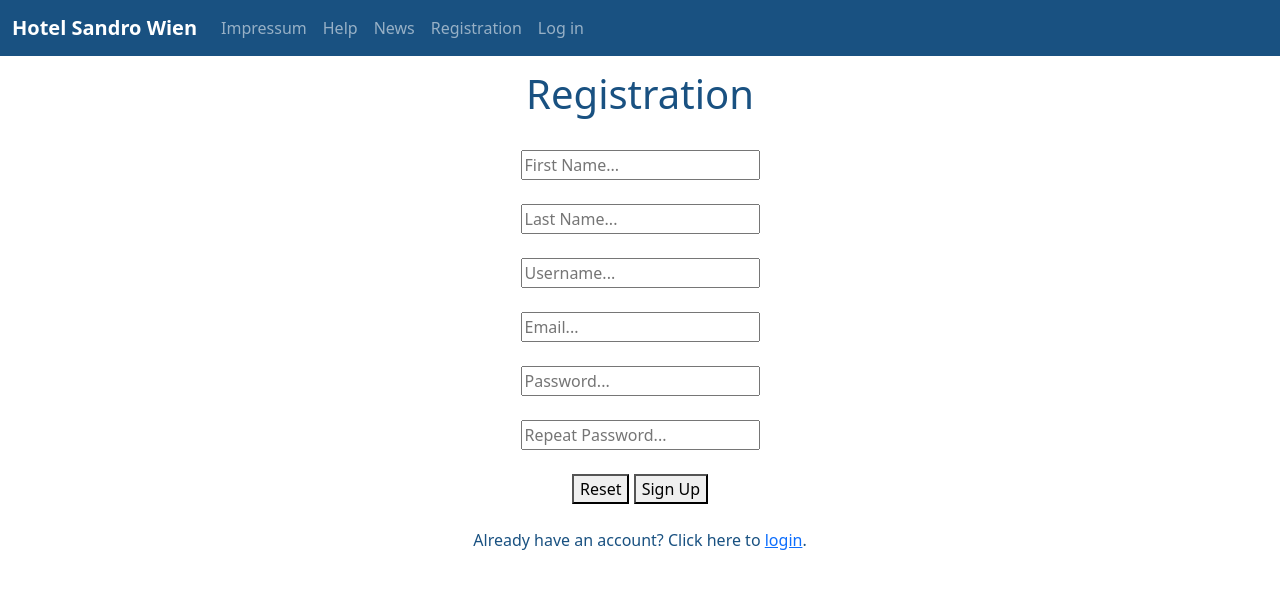
Repository: TIS0N/Hotel_Sandro
Page: http://localhost/pages/registration.php
An editor plug-in stored every save of this project. The page is shown before and after the next save, followed by the edit.
The browser window is 1280 px wide. The pictures show the whole page.
The page is run by PHP 8.4 with error messages shown; the project is at /var/www/html/.

Above is the page before, as saved 2023-01-15 21:47:58.

### pages/registration.php
<!DOCTYPE html>
<html lang="en">
<head>
    <meta charset="UTF-8">
    <meta http-equiv="X-UA-Compatible" content="IE=edge">
    <meta name="viewport" content="width=device-width, initial-scale=1.0">
    <link href="https://cdn.jsdelivr.net/npm/bootstrap@5.2.2/dist/css/bootstrap.min.css" rel="stylesheet" integrity="sha384-Zenh87qX5JnK2Jl0vWa8Ck2rdkQ2Bzep5IDxbcnCeuOxjzrPF/et3URy9Bv1WTRi" crossorigin="anonymous">
    <script src="https://cdn.jsdelivr.net/npm/bootstrap@5.2.2/dist/js/bootstrap.bundle.min.js" integrity="sha384-OERcA2EqjJCMA+/3y+gxIOqMEjwtxJY7qPCqsdltbNJuaOe923+mo//f6V8Qbsw3" crossorigin="anonymous"></script>
    <link rel="stylesheet" href="../res/css/stylesheet.css"/>
    <title>Hotel Sandro Wien - Sign In</title>
</head>
<body id="body">

<?php
include "../inc/navigation.php";
?>

    <h1>Registration</h1><br>

    <?php
/*
        if($_SERVER["REQUEST_METHOD"] == "POST"){
            if (empty($_POST["fname"]) || empty($_POST["lname"]) || empty($_POST["username"]) || empty($_POST["email"]) || empty($_POST["gender"]) || empty($_POST["password"]))
            echo "Please fill in all the requiered fields!";
        }else{
            $fname = test_input($_POST["fname"]);
            if (!preg_match("/^[a-zA-Z-' ]*$/",$fname)) {
                $fnameErr = "Only letters and white space allowed";
            }

            $lname = test_input($_POST["lname"]);
            if (!preg_match("/^[a-zA-Z-' ]*$/",$lname)) {
                $lnameErr = "Only letters and white space allowed";
            }

            $username = test_input($_POST["username"]);

            $email = test_input($_POST["email"]);
            if (!filter_var($email, FILTER_VALIDATE_EMAIL)) {
                $emailErr = "Invalid email format";
                echo "Registration unsucessful.";
            }else{
                echo "Registration sucessful!";
                header("refresh: 1; URL = profile.php");
            }

            $gender = test_input($_POST["gender"]);

        }
___________________________________________________________________________________

        if ($_SERVER["REQUEST_METHOD"] == "POST"){
            if(empty($_POST["fname"])){
                $fnameErr = "First name is required";
            }else{
                $fname = test_input($_POST["fname"]);
                if (!preg_match("/^[a-zA-Z-' ]*$/",$fname)) {
                    $fnameErr = "Only letters and white space allowed";
                }
            }

            if(empty($_POST["lname"])){
                $lnameErr = "Last name is required";
            }else{
                $lname = test_input($_POST["lname"]);
                if (!preg_match("/^[a-zA-Z-' ]*$/",$lname)) {
                    $lnameErr = "Only letters and white space allowed";
                  }
            }

            if(empty($_POST["username"])){
                $usernameErr = "Username is required";
            }else{
                $username = test_input($_POST["username"]);
            }

            if(empty($_POST["email"])){
                $emailErr = "Email is required";
                echo "Registration unsucessful.";
            }else{
                $email = test_input($_POST["email"]);
                if (!filter_var($email, FILTER_VALIDATE_EMAIL)) {
                    $emailErr = "Invalid email format";
                    echo "Registration unsucessful.";
                }else{
                    echo "Registration sucessful!";
                    /*header("refresh: 1; URL = ../inc/profile.php");
                }
            }
            if(empty($_POST["gender"])){
                $genderErr = "Gender is required";
            }else{
                $gender = test_input($_POST["gender"]);
            }

            if(empty($_POST["password"]) || empty($_POST["password2"])){
                $passwordErr = "Both passwords are required!";
            }
        }

        function test_input($data){
            $data = trim($data);
            $data = stripslashes($data);
            $data = htmlspecialchars($data);
            return $data;
        }
*/
    ?>
<!--
    <section class="signup-form">
        <div id="formular" class="container tex-center col-8" style="color: white;">
            <div class="row justify-content-center">
                <div class="container text-center">
                        <div class="row align-items-start">
                            <form action="<?php echo $_SERVER["PHP_SELF"];?>" method="post">
                                <div class="container text-center">
                                    <div class="row">
                                        <div class="col">
                                        <br><div class="row mb-4">
                                            <label for="fname" class="col-sm-3 col-form-label"><strong>First Name:</strong><span class="error" style="color: rgb(255, 94, 94);">*</span></label>
                                            <div class="col-sm-8">
                                                <input type="text" class="form-control" id="fname" name="fname" placeholder="First Name">

                                            </div>
                                        </div>
                                        <div class="row mb-4">
                                            <label for="lname" class="col-sm-3 col-form-label"><strong>Last Name:</strong><span class="error" style="color: rgb(255, 94, 94);">*</span></label>
                                            <div class="col-sm-8">
                                                <input type="text" class="form-control" id="lname" name="lname" placeholder="Last Name">

                                            </div>
                                        </div>
                                        <div class="row mb-4">
                                            <label for="username" class="col-sm-3 col-form-label"><strong>Username:</strong><span class="error" style="color: rgb(255, 94, 94);">*</span></label>
                                            <div class="col-sm-8">
                                                <input type="text" class="form-control" id="usersUid" name="usersUid" placeholder="username">

                                            </div>
                                        </div>

                                        <fieldset class="row mb-4">
                                            <legend class="col-form-label col-sm-3 pt-0"><strong>Gender:</strong><span class="error" style="color: rgb(255, 94, 94);">*</legend>
                                            <div class="col-sm-8">
                                                <div class="form-check">
                                                    <input class="form-check-input" type="radio" name="gender" id="male" value="male">
                                                    <label class="form-check-label" for="male"><strong>Male</strong></label>
                                                </div>
                                                <div class="form-check">
                                                    <input class="form-check-input" type="radio" name="gender" id="female" value="female">
                                                    <label class="form-check-label" for="female"><strong>Female</strong></label>
                                                </div>
                                                <div class="form-check">
                                                    <input class="form-check-input" type="radio" name="gender" id="other" value="other">
                                                    <label class="form-check-label" for="other"><strong>Other</strong></label>
                                                </div>
                                            </div>
                                        </fieldset>

                                    </div>
                                    <div class="col">
                                        <br><div class="row mb-4">
                                        <label for="email" class="col-sm-3 col-form-label"><strong>Email:</strong><span class="error" style="color: rgb(255, 94, 94);">*</span></label>
                                            <div class="col-sm-8">
                                                <input type="email" class="form-control" id="email" name="email" placeholder="sandro.1234@gmail.com">

                                            </div>
                                        </div>
                                        <div class="row mb-4">
                                            <label for="password" class="col-sm-3 col-form-label"><strong>Password:</strong></label>
                                                <div class="col-sm-8">
                                                    <input type="password" class="form-control" id="pwd" name="pwd">
                                                </div>
                                        </div>
                                        <div class="row mb-4">
                                            <label for="password2" class="col-sm-3 col-form-label"><strong>Repeat Password:</strong></label>
                                            <div class="col-sm-8">
                                                <input type="password" class="form-control" id="password2" name="password2">
                                            </div>
                                        </div>
                                        <p><span class="error" style="color: rgb(255, 94, 94);">* Required field</span></p>
                                        <button type="reset" class="btn btn-secondary"><strong>Reset</strong></button>
                                        <button type="submit" name="submit" class="btn btn-light" style="color: #195181;"><strong>Sign in</strong></button><br><br>
                                        </div>
                                    </div>
                                </div>
                            </form>
                        </div>
                    </div>
                </div>
            </div>
        </div>
-->
    <section class="signup-form">
            <!--<h2>Sign Up</h2>-->
            <form action="../inc/signup.inc.php" method="post">
                <input type="text" name="fname" placeholder="First Name..."><br><br>
                <input type="text" name="lname" placeholder="Last Name..."><br><br>
                <input type="text" name="usersUid" placeholder="Username..."><br><br>
                <input type="email" name="email" placeholder="Email..."><br><br>
                <input type="password" name="pwd" placeholder="Password..."><br><br>
                <input type="password" name="password2" placeholder="Repeat Password..."><br><br>
                <button type="reset" name="reset">Reset</button>
                <button type="submit" name="submit">Sign Up</button>
            </form>

            <?php
                if(isset($_GET["error"])){
                    if($_GET["error"] == "emptyinput"){
                        echo "<p>Fill in all fields</p>";
                    } else if($_GET["error"] == "invalidemail"){
                        echo "<p>Email not found!</p>";
                    }else if($_GET["error"] == "passwordsnotmatch"){
                        echo "<p>Passwords dont match!</p>";
                    }else if($_GET["error"] == "Emailexists"){
                        echo "<p>User with this e-mail already exists!</p>";
                    }else if($_GET["error"] == "statementfailed"){
                        echo "<p>Something went wrong. Try again!</p>";
                    }else if($_GET["error"] == "None") {
                        echo "<p>User signed up!</p>";
                }
                }
            ?>

            <br><p>Already have an account? Click here to <a href="login.php">login</a>.</p>

    </section>

<?php
include "footer.php";
?>

</body>
</html>

### inc/navigation.php
<?php
    if(file_exists("./index.php")){
        $includePath = ".";
    }
    else{
        $includePath = "..";
    }

    include_once "$includePath/config/dbaccess.php";
?>

<div id="navBar">
        <nav class="navbar fixed-top navbar-expand-lg navbar-dark" style="background-color: #195181;">
            <div class="container-fluid">
                <a class="navbar-brand" href= <?php echo "$includePath/index.php"?> style="color: rgb(255, 255, 255);"><strong>Hotel Sandro Wien</strong></a>
                <button class="navbar-toggler" type="button" data-bs-toggle="collapse" data-bs-target="#navbarNav" aria-controls="navbarNav" aria-expanded="false" aria-label="Toggle navigation">
                    <span class="navbar-toggler-icon"></span>
                </button>
                <div class="collapse navbar-collapse" id="navbarNav">
                    <ul class="navbar-nav">
                        <li class="nav-item">
                            <a class="nav-link"href= <?php echo "$includePath/pages/impressum.php"?> class="navbar-brand">Impressum</a>
                        </li>
                        <li class="nav-item">
                            <a class="nav-link" href=<?php echo "$includePath/pages/help.php"?> class="navbar-brand">Help</a>
                        </li>
                        <li class="nav-item">
                            <a class="nav-link" href=<?php echo "$includePath/pages/news.php"?> class="navbar-brand">News</a>
                        </li>

                        <?php
                        if(isset($_SESSION["useruid"])){
                            $userID = "SELECT id FROM users";
                            echo "<li class='nav-item'><a class='nav-link' href=" . "$includePath/pages/profile.php" . " class='navbar-brand'>Profile</a></li>";
                            echo "<li class='nav-item'><a class='nav-link' href=" . "$includePath/inc/logout.inc.php" . " class='navbar-brand'>Log out</a></li>";
                        }else{
                            echo "<li class='nav-item'><a class='nav-link' href=" . "$includePath/pages/registration.php" . " class='navbar-brand'>Registration</a></li>";
                            echo "<li class='nav-item'><a class='nav-link' href=" . "$includePath/pages/login.php" . " class='navbar-brand'>Log in</a></li>";
                        }
                        ?>

                    </ul>
                </div>
            </div>
        </nav>
    </div>

### config/dbaccess.php
<?php
    $host = "localhost";
    $username = "root";
    $password = "";
    $database = "hotelsandrodb";

    $conn=mysqli_connect($host, $username, $password, $database);

    if(!$conn){
        die("Connection failed: ".mysqli_connect_error());
    }
?>

### pages/footer.php
<footer class="bg text-white text-center justify-content-center fixed-bottom" style="color:#195181;">
      <div class="container">
        <p class="lead">Copyright &copy; 2022 Hotel Sandro Wien</p>

        <a href="index.php" class="position-absolute bottom-0 end-0 p-5">
          <i class="bi bi-arrow-up-circle h1"></i>
        </a>
      </div>
    </footer>

### res/css/stylesheet.css
body{
    /*background-color: rgb(63, 72, 84);*/
    background-color: white;
    color: #195181;
    padding-top: 70px;
    padding-bottom: 70px;
    text-align: center;
    /*font-family: cursive;*/
}

#hotelSandroPhoto{
    width: 600px;
    height: 450px;
}

#formular{
    background-color: #195181;
    /*border-radius: 10px;*/
    border-color: rgb(255, 255, 255);
    border-style: double;
}

table{
    font-family: arial, sans-serif;
  border-collapse: collapse;
  width: 100%;
}

td, th {
  border: 1px solid #dddddd;
  text-align: left;
  padding: 8px;
}

tr:nth-child(even) {
  background-color: #dddddd;
}

After the next save:
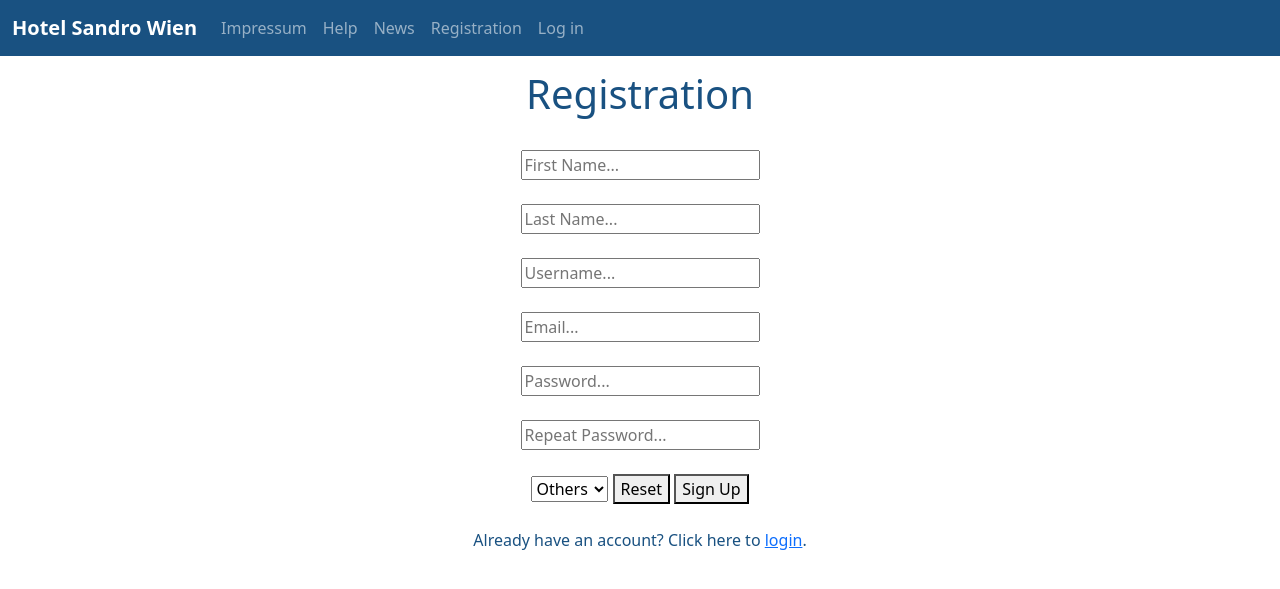
Saved 5 min 24 s later.
--- a/pages/registration.php
+++ b/pages/registration.php
@@ -199,6 +199,11 @@ ________________________________________________________________________________
                 <input type="email" name="email" placeholder="Email..."><br><br>
                 <input type="password" name="pwd" placeholder="Password..."><br><br>
                 <input type="password" name="password2" placeholder="Repeat Password..."><br><br>
+                <select name="gender">
+                    <option value="others">Others</option>
+                    <option value="male">Male</option>
+                    <option value="female">Female</option>
+                </select>
                 <button type="reset" name="reset">Reset</button>
                 <button type="submit" name="submit">Sign Up</button>
             </form>
